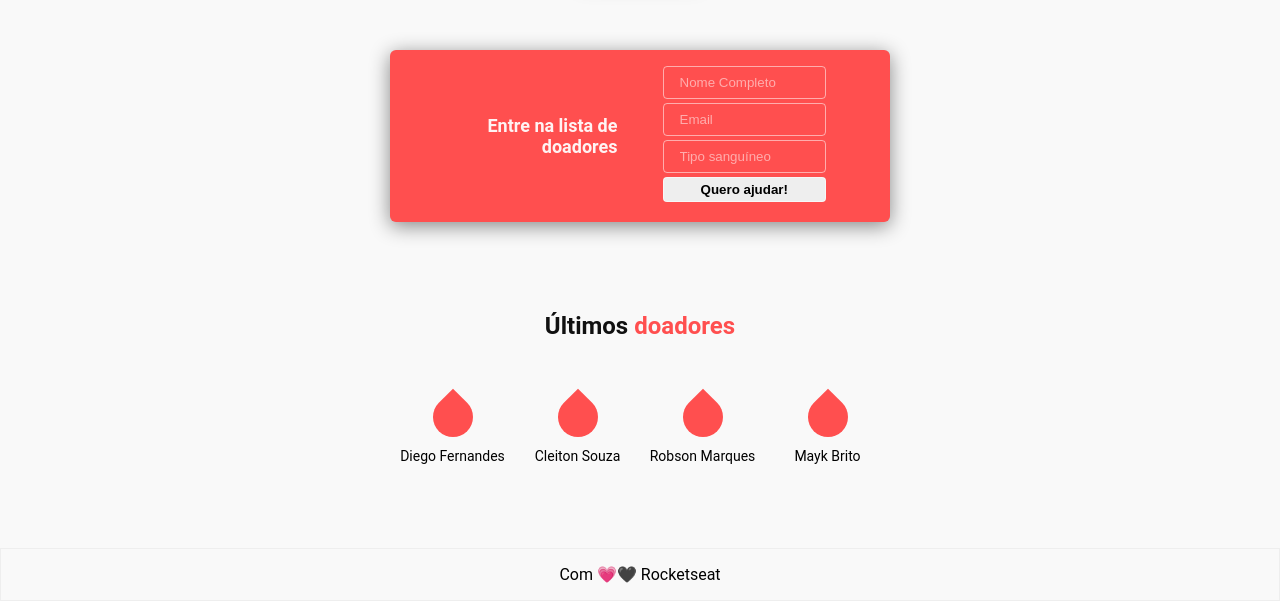
Repository: lucas-silva-dev/Doe
Page: index.html
An editor plug-in stored every save of this project. The page is shown before and after the next save, followed by the edit.
The browser window is 1280 px wide. The pictures show the part of the page from y = 459 to 1087 px (the page is 1060 px tall before and 1087 px after).
The first visible `form button` is being pressed.
A picture or video elsewhere on the page could not be fetched, so the positions and the page height are approximate. Some web fonts or font styles are not loaded; a fallback is used.

Above is the page before, as saved 2020-02-18 17:37:27.

### index.html
<!DOCTYPE html>
<!-- HTML
  HYPERTEXT
    Texto que contém links para outros documentos

  MARKUP
    Texto conterá marcações
    <tags>

  LANGUAGE
    Para comunicar de certa maneira. Sintaxe específica
-->
<html>

<head>
  <!-- são as configurações da minha página-->
  <title>Doe sangue! Doe vida!</title>

  <link rel="stylesheet" href="style.css">
  <link href="https://fonts.googleapis.com/css?family=Asap|Asap+Condensed&display=swap" rel="stylesheet">

</head>

<body>
  <!-- Aqui vem todo conteúdo visível para o usuário, dentro de certa página-->
  <header>
    <img class="logo" src="logo.png" alt="Imagem de DOE">
    <h2>A sua doação importa</h2>
    <p>Até 3 vidas com 1 doação</p>
    <p>Mais de 38.00 doações são necessárias todos os dias</p>
    <p>Apenas 1.9% da população brasileira, doa sangue</p>
    <button>Quero ajudar!</button>
  </header>

  <section class="form">
    <h2>Entre na lista de doadores</h2>
    <form action="/">
      <input type="text" name="name" placeholder="Nome Completo">
      <input type="text" name="email" placeholder="Email">
      <input type="text" name="blood" placeholder="Tipo sanguíneo">
      <button type="submit">Quero ajudar!</button>
    </form>
  </section>

  <main>
    <h2>Últimos <span>doadores</span></h2>

    <section class="donors">
      <div class="donor">
        <div class="blood">AB+</div>
        <p>Diego Fernandes</p>
      </div>
      <div class="donor">
        <div class="blood">B+</div>
        <p>Cleiton Souza</p>
      </div>
      <div class="donor">
        <div class="blood">A+</div>
        <p>Robson Marques</p>
      </div>
      <div class="donor">
        <div class="blood">O+</div>
        <p>Mayk Brito</p>
      </div>
    </section>
  </main>

  <footer> Com 💗🖤 Rocketseat</footer>
  <script src="scripts.js"></script>
</body>

</html>

### style.css
/*
  CASCADING STYLESHEET
*/

/* GLOBAL */
* {
  /* corrigindo comportamento padrão css */
  box-sizing: border-box;
}

html,
body {
  margin: 0;
  box-sizing: border-box;
}

body {
  display: flex;
  flex-direction: column;
  height: 100vh;

  font-family: "Roboto", sans-serif;
  background-color: #f9f9f9;
}

h1,
h2 {
  color: #000e;
}

/* TITULOS */
header h1,
main h2 {
  margin-bottom: 70px;
}

main h2 span {
  color: #ff4f4f;
}

.form h2 {
  text-align: right;
  color: #fffe;
  font-size: 18px;
}

/* ESTRUTURA */
header,
main,
footer {
  /* alinhamento de textos */
  text-align: center;
}

header,
.form,
main {
  /* espaçamentos com margin */
  margin: 0 auto 70px;

  /* limites dos elementos */
  width: 90%;
  max-width: 500px;
}

/* HEADER */

header button {
  margin-top: 16px;
  padding: 8px 16px;
  border-radius: 4px;
  border: none;

  background-color: #ff4f4f;
  color: #fff;
  font-weight: bold;
  box-shadow: 0px 4px 20px 0 #0004;
}

header button:active {
  background-color: #ff4f2f;
  padding: 12px 20px;
}

.logo {
  width: 120px;
  margin: 70px 0;
}

header p {
  font-size: 14px;
}

/* FORM */
section.form {
  display: grid;
  grid-template-columns: 1fr 1fr;
  align-items: center;
  gap: 45px;

  background-color: #ff4f4f;
  padding: 16px 64px;
  border-radius: 6px;
  box-shadow: 0px 4px 20px 0 #0007;
}

form input,
form button {
  /* largura */
  width: 100%;

  /* espaçamentos */
  margin-bottom: 4px;

  /* preenchimento */
  padding: 8px 16px;

  /* bordas */
  border-radius: 4px;
  border: 1px #fff8 solid;
}

form input {
  background-color: transparent;
  color: #fff;
}

form input::placeholder {
  color: #fff8;
}

form button {
  font-weight: bold;
  background-color: #fffe;
}

form button:active {
  background-color: #eee;
  padding: 4px 12px;
}

/* MAIN */
main .donors {
  display: grid;
  grid-template-columns: 1fr 1fr 1fr 1fr;
}

.blood {
  color: #ff4f4f;
  font-weight: bold;
  font-size: 12px;
  display: flex;
  align-items: center;
  justify-content: center;

  position: relative;
}

.blood::before {
  content: "";
  /* background-color: #ff4f4f11; */
  background-color: #ff4f4f;
  width: 40px;
  height: 40px;

  position: absolute;
  /*gotinha*/
  border-radius: 50%;
  border-top-right-radius: 0;
  transform: rotate(-45deg);
}

.donor p {
  margin-top: 24px;
  font-size: 14px;
}

/* footer*/
footer {
  margin-top: auto;
  padding: 16px;

  border: 1px solid #eee;
}

/* funcionalidades com javascript */

section.form {
  transition: all 400ms;
}

section.form.hide {
  opacity: 0;
  visibility: hidden;
  height: 0;
  margin-top: -70px;
}

### scripts.js
document.querySelector("header button").addEventListener("click", function() {
  document.querySelector(".form").classList.toggle("hide");
});

After the next save:
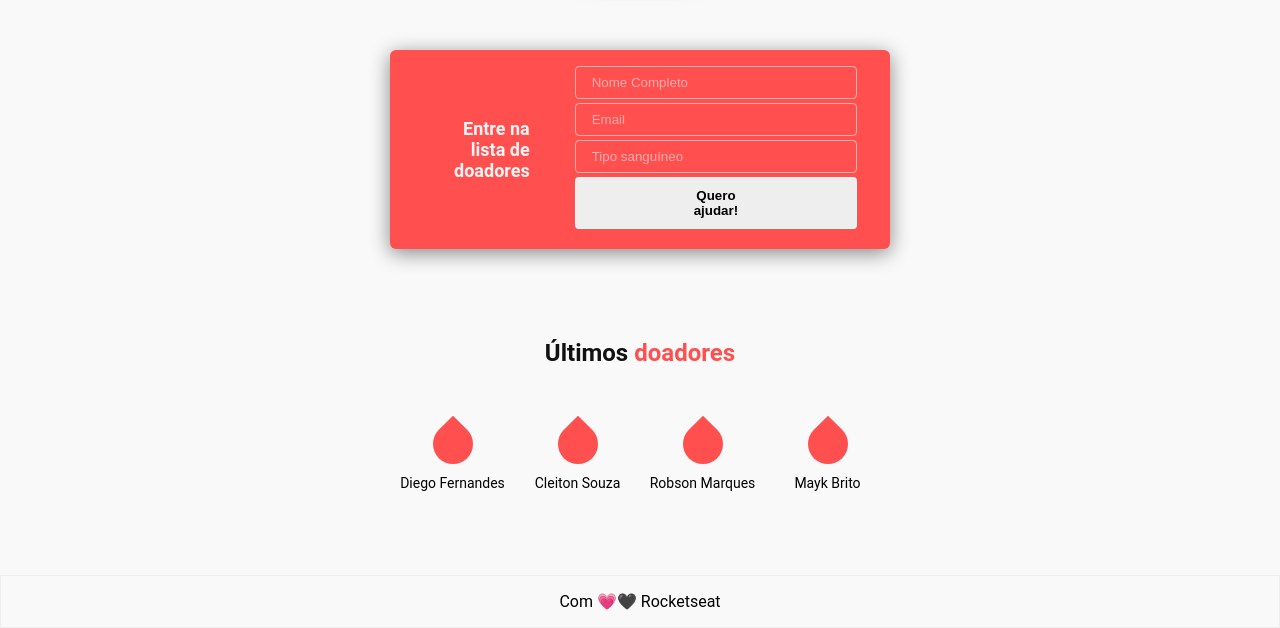
Saved 20 s later.
--- a/style.css
+++ b/style.css
@@ -136,7 +136,7 @@ form button {
 
 form button:active {
   background-color: #eee;
-  padding: 4px 12px;
+  padding: 10px 118px;
 }
 
 /* MAIN */
